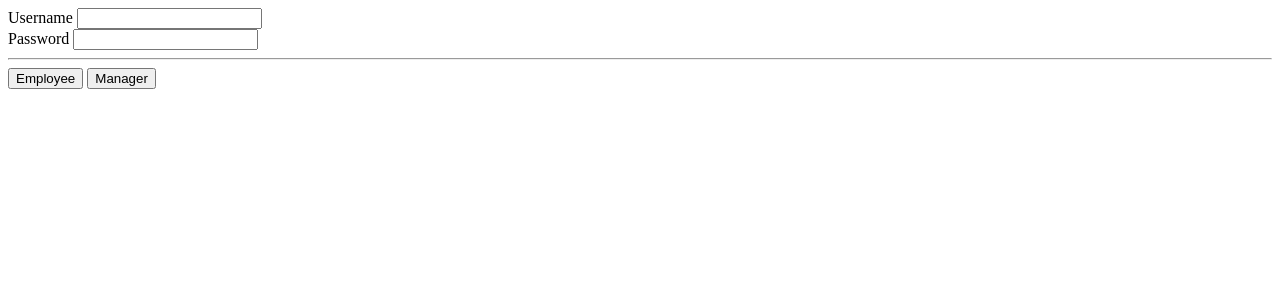
Repository: mavn2/ERS
Page: APP/ExpenseReimbursementSystem/src/main/webapp/index.html
An editor plug-in stored every save of this project. The page is shown before and after the next save, followed by the edit.
The browser window is 1280 px wide. The pictures show the whole page.

Above is the page before, as saved 2021-03-31 02:37:36.

After the next save:
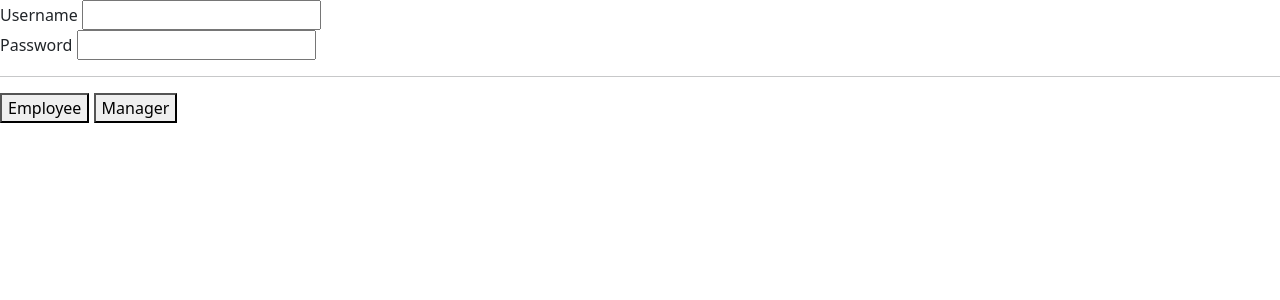
Saved 103 s later.
--- a/APP/ExpenseReimbursementSystem/src/main/webapp/index.html
+++ b/APP/ExpenseReimbursementSystem/src/main/webapp/index.html
@@ -3,19 +3,23 @@
 <head>
 <meta charset="UTF-8">
 <title>Welcome</title>
+<link
+	href="https://cdn.jsdelivr.net/npm/bootstrap@5.0.0-beta3/dist/css/bootstrap.min.css"
+	rel="stylesheet"
+	integrity="sha384-eOJMYsd53ii+scO/bJGFsiCZc+5NDVN2yr8+0RDqr0Ql0h+rP48ckxlpbzKgwra6"
+	crossorigin="anonymous">
 </head>
 <body>
 	<form action="login" method="post">
-		<label for="username">Username</label>
-		<input type="text" name="username" />
-		<br/>
-		<label for="password">Password</label>
-		<input type="text" name="password" />
-		<hr/>
+		<label for="username">Username</label> <input type="text"
+			name="username" /> <br /> <label for="password">Password</label> <input
+			type="text" name="password" />
+		<hr />
 		<!-- <input type="submit" name="type" value="e" /> -->
 		<button type="submit" name="type" value="e">Employee</button>
-<!-- 	<input type="submit" name="type" value="m"/>
- -->	<button type="submit" name="type" value="m">Manager</button>
+		<!-- 	<input type="submit" name="type" value="m"/>
+ -->
+		<button type="submit" name="type" value="m">Manager</button>
 	</form>
 </body>
 </html>
